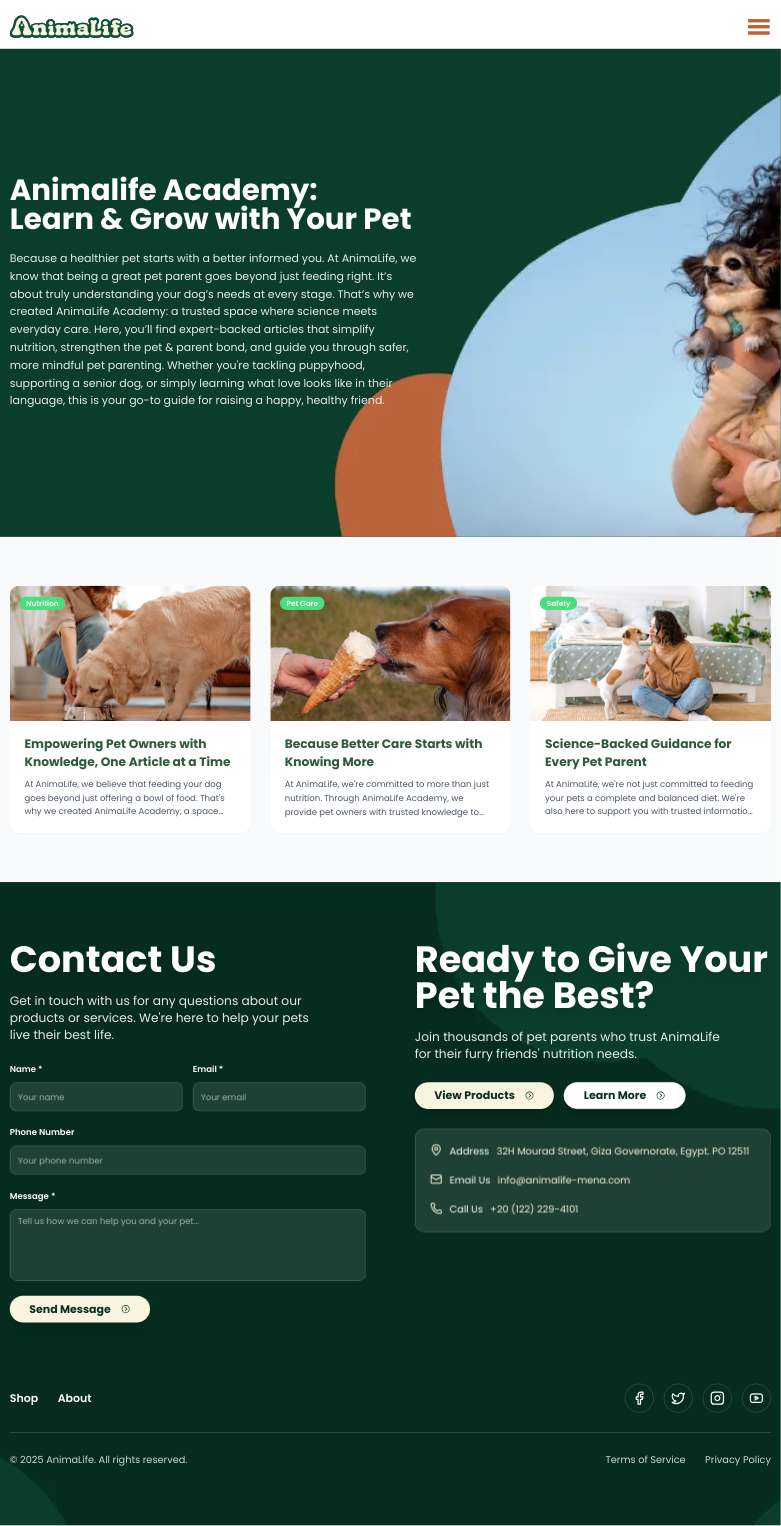
Repository: the-jupiteragency/animalife
Page: /academy
The author's editor kept a copy of each file at every save. The page is drawn from the files as they stood at one save, then again after the next save.
The browser window is 1280 px wide. The pictures show the whole page, at 61% of full size.
The project was rebuilt for these pictures with package versions that can differ from the ones it lists, and the page was loaded fresh each time. The framework's server and built-in components were replaced by stand-ins that run in the browser. Also part of the build but not shown: next.config.mjs.

Above is the page before, as saved 2025-08-05 09:32:44.

After the next save:
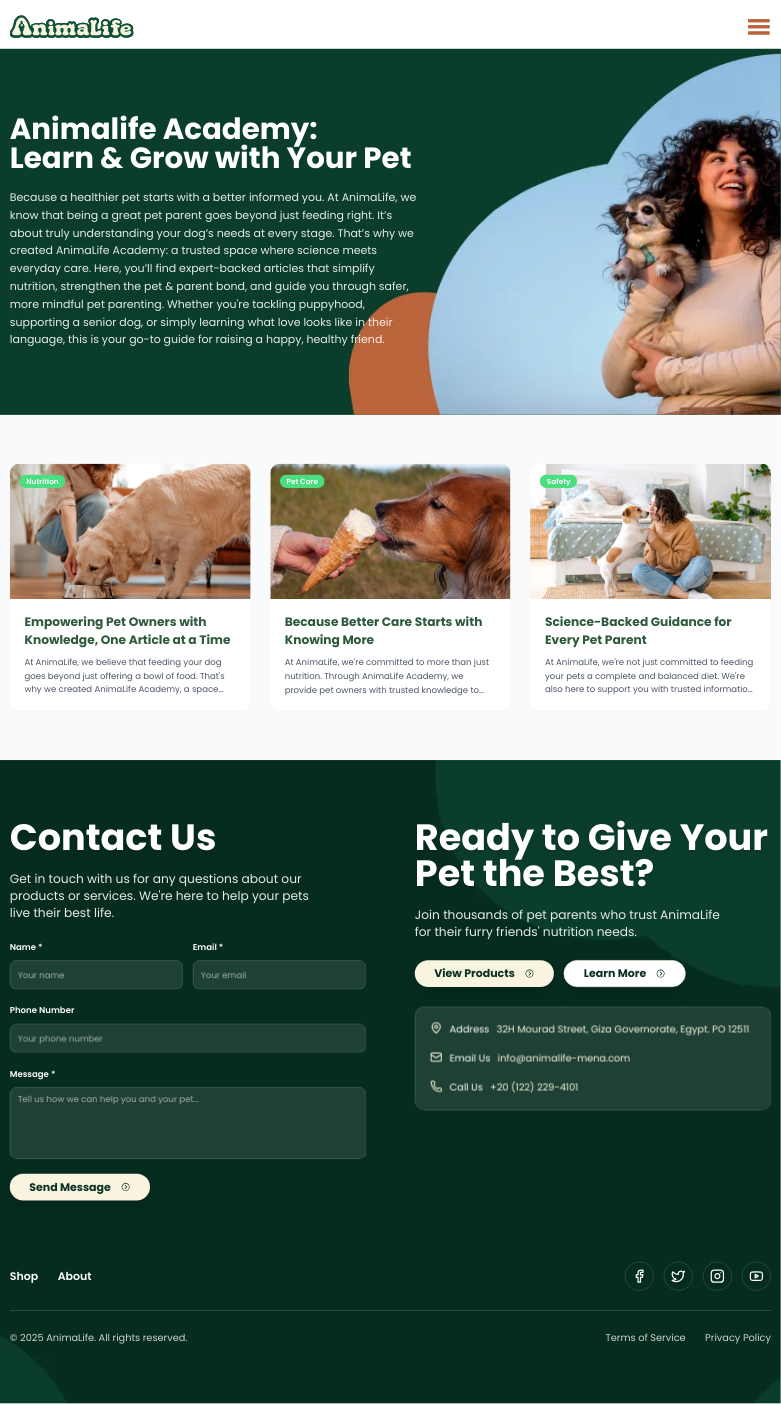
Saved 7 s later.
--- a/app/academy/page.tsx
+++ b/app/academy/page.tsx
@@ -18,7 +18,7 @@
       {/* Add top padding to account for fixed header */}
       <div className="pt-20">
         {/* Hero Banner Section */}
-        <section className="relative h-[800px] bg-[#2d5a3d] overflow-hidden">
+        <section className="relative h-[600px] bg-[#2d5a3d] overflow-hidden">
           <div className="absolute inset-0">
             <Image
               src="/academy-banner.webp"
